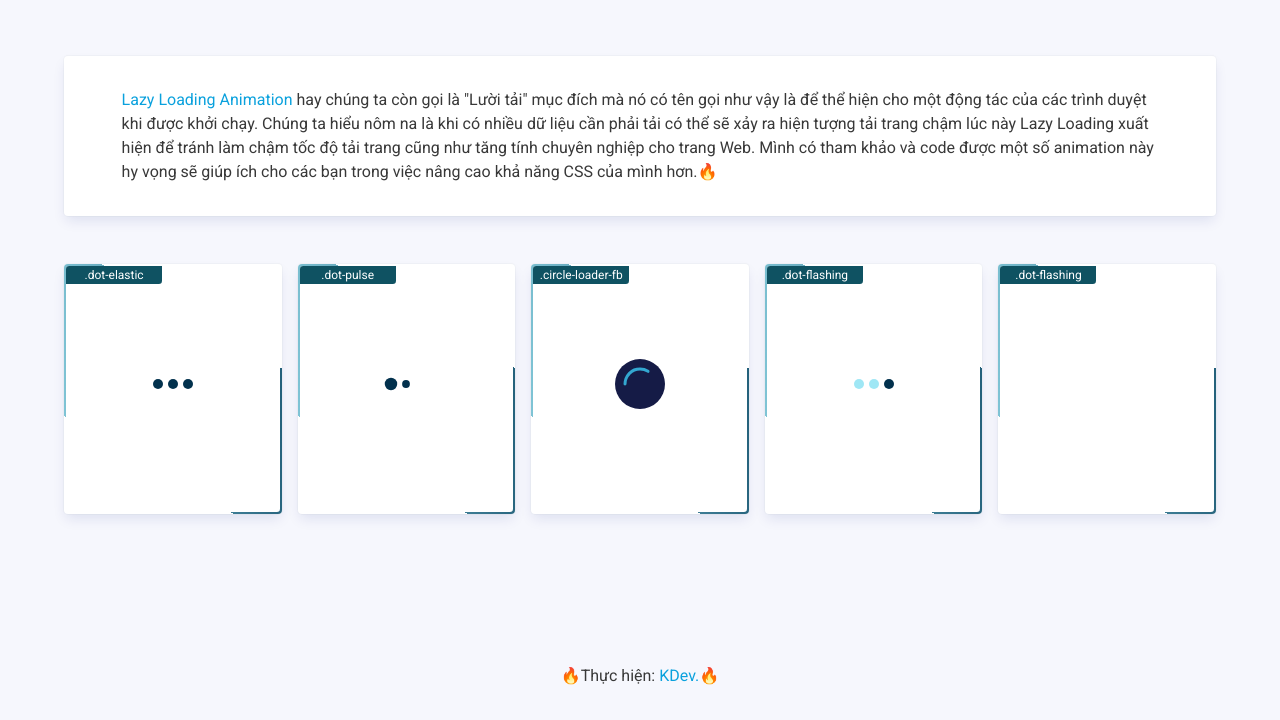
Repository: haokiet2501/lazy-loader-animation
Page: index.html
An editor plug-in stored every save of this project. The page is shown before and after the next save, followed by the edit.
The browser window is 1280 px wide. The pictures show the whole page.
The style sheet was rebuilt from its Sass, Less or Tailwind sources for each picture, by a compiler version that may differ from the author's.

Above is the page before, as saved 2022-05-07 15:39:12.

### index.html
<!DOCTYPE html>
<html lang="en">
<head>
    <meta charset="UTF-8">
    <meta http-equiv="X-UA-Compatible" content="IE=edge">
    <meta name="viewport" content="width=device-width, initial-scale=1.0">
    <link rel="shortcut icon" href="image/KDEV.png" type="image/x-icon">
    <link rel="stylesheet" href="sass/css/styles.css">
    <title>Lazy Loading Animation</title>
</head>
<body>
    <div class="container">
        <div class="title">
            <a href="/" target="_blank">Lazy Loading Animation</a> hay chúng ta còn gọi là "Lười tải" mục đích mà nó có tên gọi như vậy là để thể hiện cho một động tác của các trình duyệt khi được khởi chạy. Chúng ta hiểu nôm na là khi có nhiều dữ liệu cần phải tải có thể sẽ xảy ra hiện tượng tải trang chậm lúc này Lazy Loading xuất hiện để tránh làm chậm tốc độ tải trang cũng như tăng tính chuyên nghiệp cho trang Web. Mình có tham khảo và code được một số animation này hy vọng sẽ giúp ích cho các bạn trong việc nâng cao khả năng CSS của mình hơn.🔥
        </div>

        <div class="row">
            <div class="box">
                <div class="snippet" data-title=".dot-elastic"></div>
                <div class="dot">
                    <div class="dot__elastic"></div>
                </div>
            </div>

            <div class="box">
                <div class="snippet" data-title=".dot-pulse"></div>
                <div class="dot">
                    <div class="dot__pulse"></div>
                </div>
            </div>

            <div class="box">
                <div class="snippet" data-title=".circle-loader-fb"></div>
                <div class="dot">
                    <div class="dot__cirle__fb">
                        <svg>
                            <circle cx="15" cy="15" r="15"></circle>
                        </svg>
                    </div>
                </div>
            </div>

            <div class="box">
                <div class="snippet" data-title=".dot-flashing"></div>
                <div class="dot">
                    <div class="dot__flashing"></div>
                </div>
            </div>

            <div class="box">
                <div class="snippet" data-title=".dot-flashing"></div>
                <div class="dot">
                    <div class="dot__collision"></div>
                </div>
            </div>
        </div>

        <footer class="footer">
            <p>
                🔥Thực hiện: <a href="/" target="_blank">KDev.</a>🔥
            </p>
        </footer>
    </div>
</body>
</html>

### sass/styles.scss
@import 'base/base';

$color-text: #383838;

.container {
    padding: 2rem 4rem;
}

.title {
    background: #fff;
    padding: 2rem 5%;
    margin: 1.5rem 0;
    box-shadow: 0 .4rem .8rem -.1rem rgba(0, 32, 128, .1), 0 0 0 1px #f0f2f7;
    border-radius: .25rem;
    color: $color-text;
    line-height: 24px;
}

.row {
    display: grid;
    grid-template-columns: repeat(auto-fill, minmax(184px, 1fr));
    gap: 24px 16px;
}

.box {
    position: relative;
    height: 250px;
    background: #fff;
    padding: 2rem 5%;
    margin: 1.5rem 0;
    box-shadow: 0 .4rem .8rem -.1rem rgba(0, 32, 128, .1), 0 0 0 1px #f0f2f7;
    border-radius: .25rem;
    overflow: hidden;
    z-index: 9;
}

.box::before {
    content: '';
    position: absolute;
    top: -3rem;
    left: 32px;
    width: 150px;
    height: 140%;
    background: linear-gradient(145deg, #053F5C , #9FE7F5);
    animation: animate 15s linear infinite;
}

.box::after {
    content: '';
    position: absolute;
    inset: 2px;
    background: #fff;
    border-radius: .20rem;
}

@keyframes animate {
    0% {
        transform: rotate(0deg);
    }
    100% {
        transform: rotate(360deg);
    }
}

.snippet {
    position: relative;
    z-index: 10;
    top: -1.87rem;
    left: -.55rem;
    padding: 2px 5px;
    text-align: center;
    background-color: #0F5262;
    width: 6rem;
    font-size: .75rem;
    color: #fff;
    border-radius: .20rem 0 .20rem 0;
}

.snippet::before {
    content: attr(data-title);
}

.dot {
    position: relative;
    z-index: 10;
    top: 35%;
    display: flex;
    justify-content: center;
    align-items: center;

    &__elastic {
        position: relative;
        @include dot-variables();
        animation: dotElastic 1s linear infinite;
    }

    &__elastic::before, &__elastic::after {
        content: '';
        display: inline-block;
        position: absolute;
        top: 0;
    }

    &__elastic::before {
        left: -15px;
        @include dot-variables();
        animation: dotElasticBefore 1s linear infinite;
    }

    &__elastic::after {
        left: 15px;
        @include dot-variables();
        animation: dotElasticAfter 1s linear infinite;
    }

    @keyframes dotElasticBefore{
        0% {
            transform: scale(1, 1);
        }
        25% {
            transform: scale(1, 1.5);
        }
        50% {
            transform:  scale(1, 0.67);
        }
        75% {
            transform:  scale(1, 1);
        }
        100% {
            transform:  scale(1, 1);
        }
    }

    @keyframes dotElastic{
        0% {
            transform: scale(1, 1);
        }
        25% {
            transform: scale(1, 1);
        }
        50% {
            transform:  scale(1, 1.5);
        }
        75% {
            transform:  scale(1, 1);
        }
        100% {
            transform:  scale(1, 1);
        }
    }
    @keyframes dotElasticAfter{
        0% {
            transform: scale(1, 1);
        }
        25% {
            transform: scale(1, 1);
        }
        50% {
            transform:  scale(1, 0.67);
        }
        75% {
            transform:  scale(1, 1.5);
        }
        100% {
            transform:  scale(1, 1);
        }
    }

    &__pulse {
        position: relative;
        left: -9999px;
        @include dot-variables();
        box-shadow: 9999px 0 0 -5px var(--color-circle);
        animation: dotPulse 1.5s linear infinite;
        animation-delay: .25s;
    }

    &__pulse::before, &__pulse::after {
        content: '';
        display: inline-block;
        position: absolute;
        top: 0;
        @include dot-variables();
    }

    &__pulse::before {
        box-shadow: 9984px 0 0 -5px var(--color-circle);
        animation: dotPulseBefore 1.5s linear infinite;
        animation-delay: 0s;
    }

    &__pulse::after {
        box-shadow: 10014px 0 0 -5px var(--color-circle);
        animation: dotPulseAfter 1.5s linear infinite;
        animation-delay: .5s;
    }

    @keyframes dotPulseBefore {
        0% {
            box-shadow: 9984px 0 0 -5px var(--color-circle);
        }
        30% {
            box-shadow: 9984px 0 0 2px var(--color-circle);
        }
        60%, 100% {
            box-shadow: 9984px 0 0 -5px var(--color-circle);
        }
    }

    @keyframes dotPulse {
        0% {
            box-shadow: 9999px 0 0 -5px var(--color-circle);
        }
        30% {
            box-shadow: 9999px 0 0 2px var(--color-circle);
        }
        60%, 100% {
            box-shadow: 9999px 0 0 -5px var(--color-circle);
        }
    }
    @keyframes dotPulseAfter {
        0% {
            box-shadow: 10014px 0 0 -5px var(--color-circle);
        }
        30% {
            box-shadow: 10014px 0 0 2px var(--color-circle);
        }
        60%, 100% {
            box-shadow: 10014px 0 0 -5px var(--color-circle);
        }
    }

    &__cirle__fb {
        position: relative;
        top: -20px;
        width: 50px;
        height: 50px;
        background: #151B46;
        border-radius: 50%;
    }

    svg {
        display: relative;
        width: 50px;
        height: 50px;
        animation: spinner 2s linear infinite;
    }

    @keyframes spinner {
        0% {
            transform: rotate(0deg);
        }
        100% {
            transform: rotate(360deg);
        }
    }

    circle {
        width: 100%;
        height: 100%;
        fill: none;
        stroke-width: 3;
        stroke: #33A7D0;
        stroke-linecap: round;
        transform: translate(10px, 10px);
        stroke-dasharray: 85;
        stroke-dashoffset: 85;
        background: #33A7D0;
        animation: circle 4s linear infinite;
        animation-delay: .25s;
        transition: .4s ease-in-out;
    }

    @keyframes circle {
        0%, 100% {
            stroke-dashoffset: 85;
        }
        50% {
            stroke-dashoffset: 0;
        }
        50.1% {
            stroke-dashoffset: 170;
        }
    }

    &__flashing {
        position: relative;
        @include dot-variables();
        animation: dotFlashing 1s linear alternate infinite;
        animation-delay: .5s;
    }

    &__flashing::before, &__flashing::after {
        content: '';
        position: absolute;
        display: inline-block;
        top: 0;
    }

    &__flashing::before {
        left: -15px;
        @include dot-variables();
        animation: dotFlashing 1s alternate infinite;
        animation-delay: 0s;
    }

    &__flashing::after {
        left: 15px;
        @include dot-variables();
        animation: dotFlashing 1s alternate infinite;
        animation-delay: 1s;
    }

    @keyframes dotFlashing{
        0% {
            background: var(--color-circle);
        }
        50%, 100% {
            background: #9FE7F5;
        }
    }
}

.footer {
    display: flex;
    justify-content: center;
    align-items: center;
    margin: 128px 0 20px;
}

.footer > p {
    color: $color-text;
}

### sass/base/_base.scss
@import url('https://fonts.googleapis.com/css2?family=Roboto:wght@300;400;500;700&display=swap');

:root {
    --color-circle: #02314D;
}

@mixin dot-variables() {
    width: 10px;
    height: 10px;
    border-radius: 10px;
    background-color: var(--color-circle);
    color: var(--color-circle);
}

*, ::before, ::after {
    margin: 0;
    padding: 0;
    box-sizing: border-box;
}

html, body {
    scroll-behavior: smooth;
    font-family: 'Roboto', sans-serif;
    background: #f6f7fd;
    height: 100%;
    overflow: auto;
}

a {
    text-decoration: none;
    color: #0AA1DD;
}

After the next save:
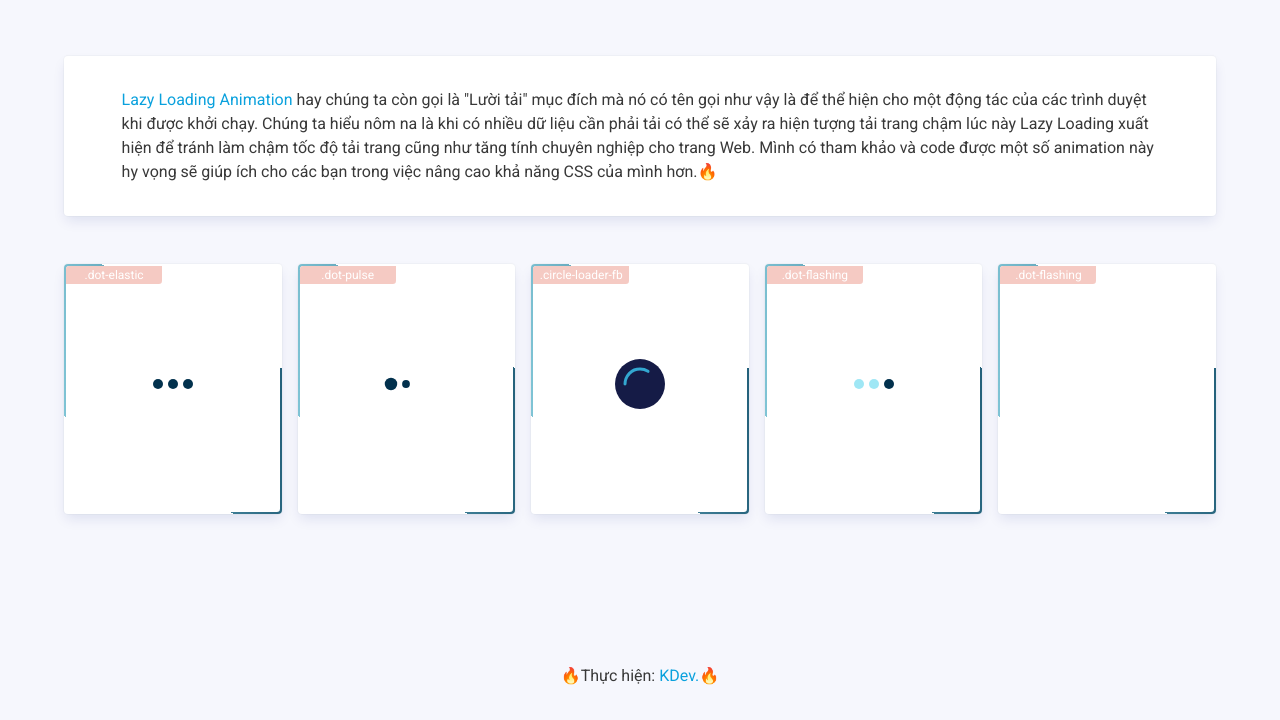
Saved 20 s later.
--- a/sass/styles.scss
+++ b/sass/styles.scss
@@ -69,7 +69,7 @@ $color-text: #383838;
     left: -.55rem;
     padding: 2px 5px;
     text-align: center;
-    background-color: #0F5262;
+    background-color: #F5CAC3;
     width: 6rem;
     font-size: .75rem;
     color: #fff;
